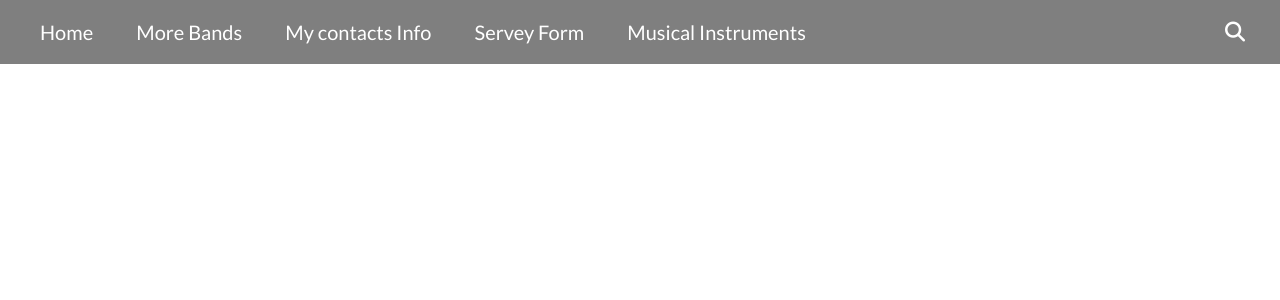
Repository: MinChea36/asm
Page: Instruments.html
An editor plug-in stored every save of this project. The page is shown before and after the next save, followed by the edit.
The browser window is 1280 px wide. The pictures show the whole page.

Above is the page before, as saved 2022-09-23 02:36:46.

After the next save:
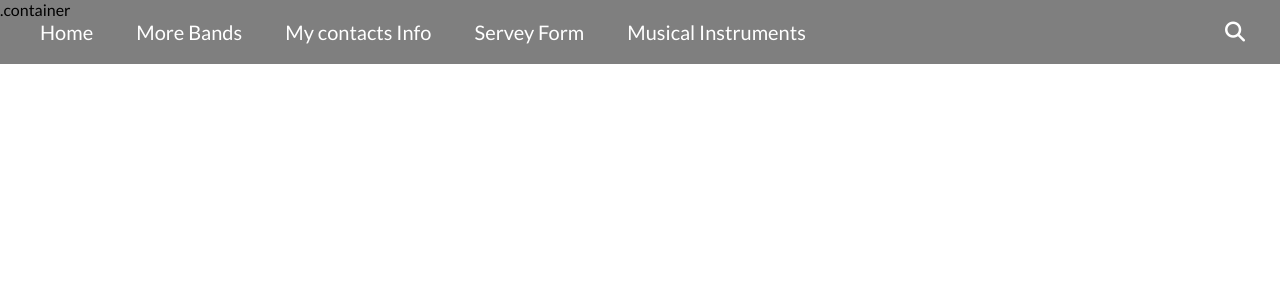
Saved 38 s later.
--- a/Instruments.html
+++ b/Instruments.html
@@ -24,7 +24,7 @@
             <i class="fa-solid fa-magnifying-glass"></i>
         </div>
     </div>
-
+    .container
 
 </body>
 </html>
